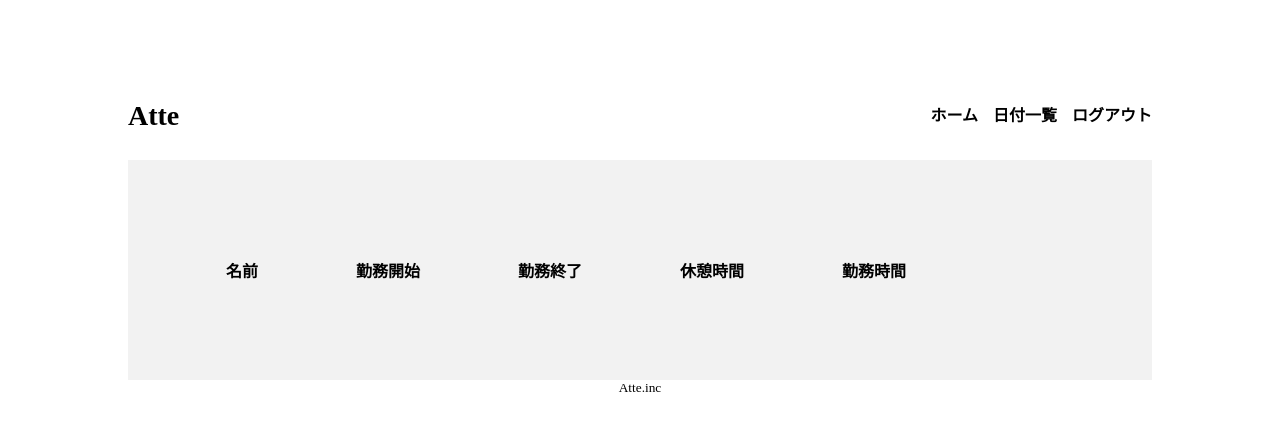
Repository: akihirofukyama/advanceapp_Nuxt
Page: /date
The author's editor kept a copy of each file at every save. The page is drawn from the files as they stood at one save, then again after a run of saves.
The browser window is 1280 px wide. The pictures show the whole page.
The project was rebuilt for these pictures with package versions that can differ from the ones it lists, and the page was loaded fresh each time. The framework's server and built-in components were replaced by stand-ins that run in the browser. Also part of the build but not shown: nuxt.config.js.

Above is the page before, as saved 2022-02-12 16:20:56.

After the next 3 saves:
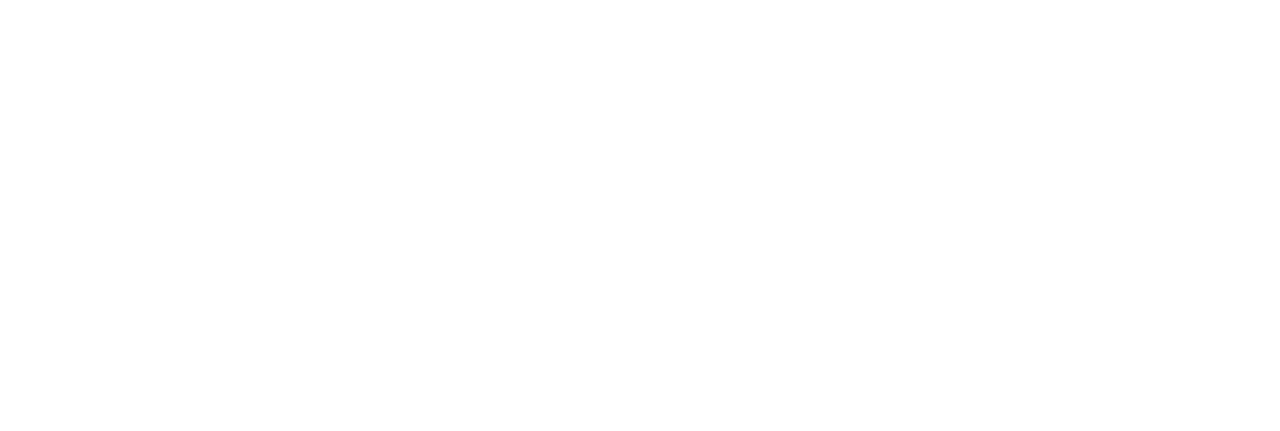
The 3 saves are shown as one change because they came seconds apart.
The last was saved 17 s later.
--- a/pages/date.vue
+++ b/pages/date.vue
@@ -46,6 +46,7 @@
       totalPages: 10
     }
   },
+  methods
 }
 </script>
 

After the save that followed:
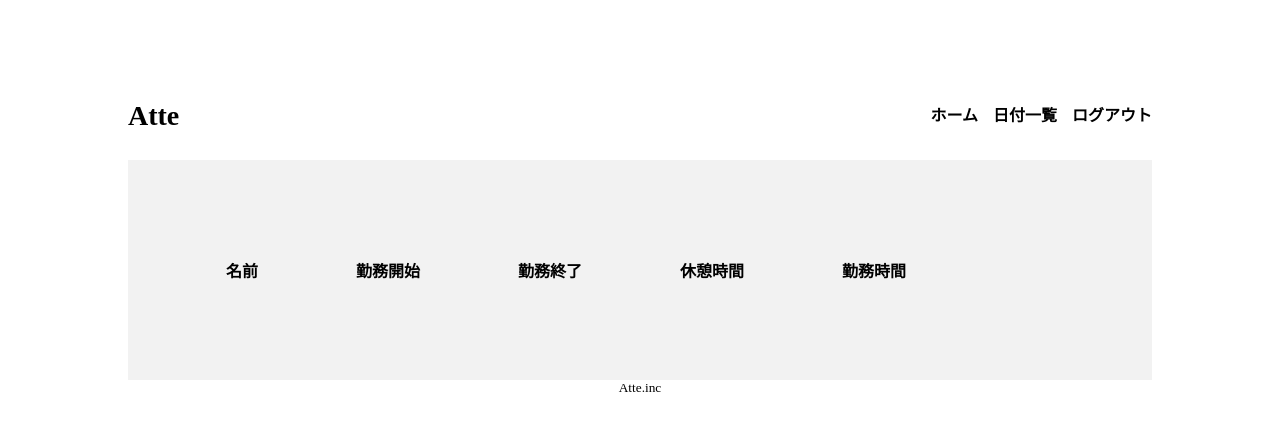
Saved 4 s later.
--- a/pages/date.vue
+++ b/pages/date.vue
@@ -46,7 +46,9 @@
       totalPages: 10
     }
   },
-  methods
+  methods:{
+
+  }
 }
 </script>
 
